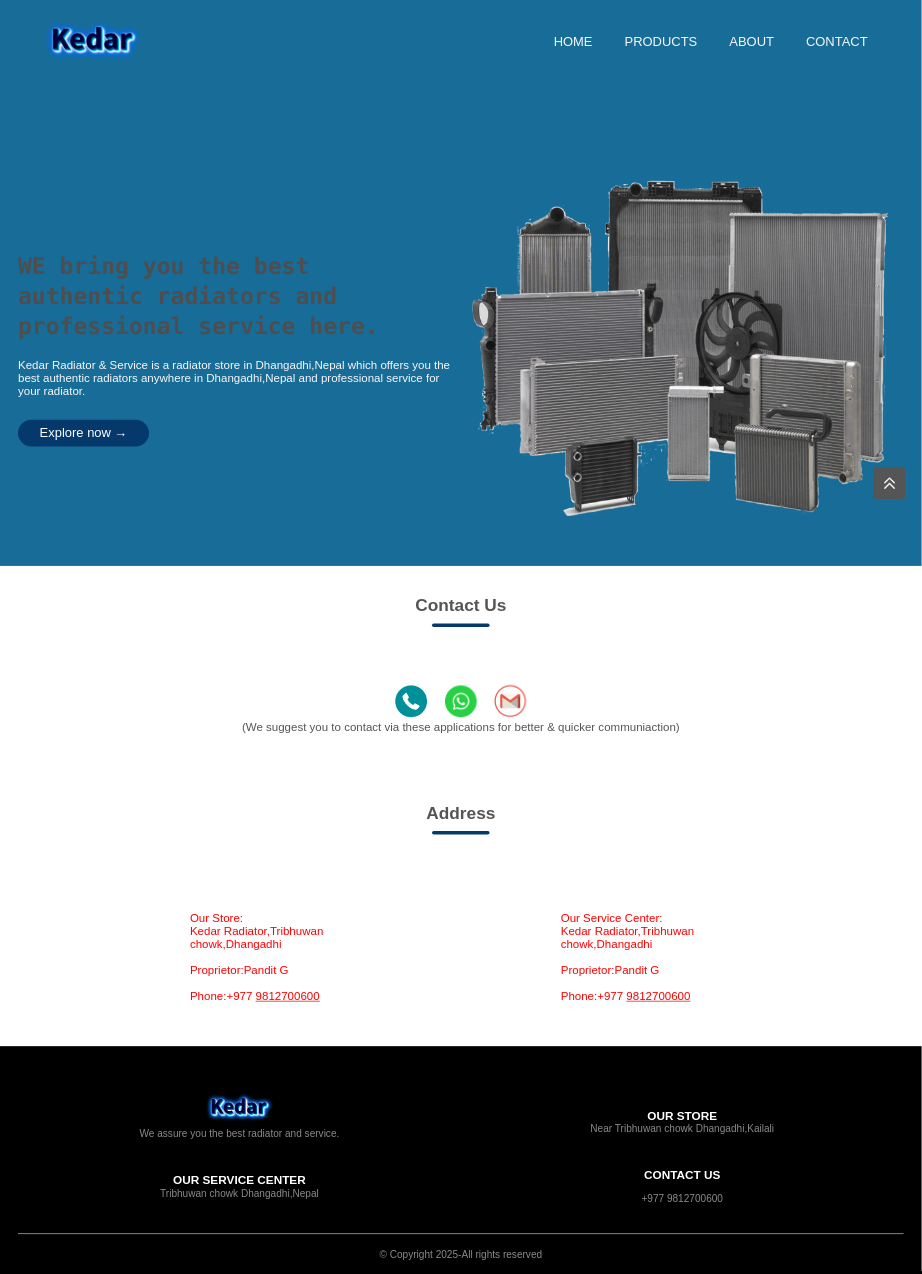
Repository: shyamchand-git/KedarRadiator
Page: contactsfrs.html
These files come from the project's save history. The page is drawn as it stood at one moment and after the next save; the edit follows.
The browser window is 1280 px wide. The pictures show the whole page, at 72% of full size.
Some web fonts or font styles are not loaded; a fallback is used.

Above is the page before, as saved 2026-02-22 14:03:06.
Console error: TypeError: Cannot read properties of null (reading 'addEventListener')

After the next save:
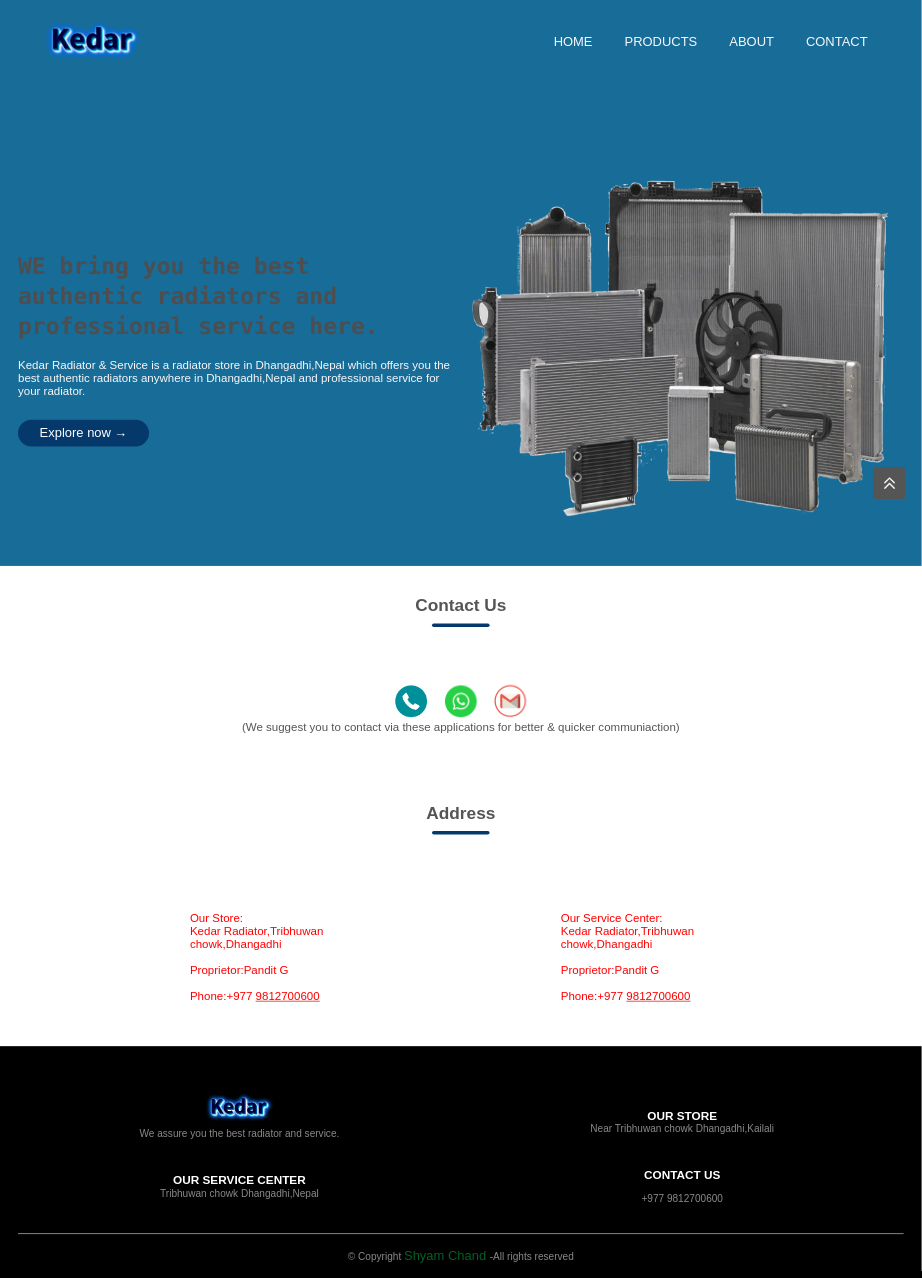
Saved 24 s later.
--- a/contactsfrs.html
+++ b/contactsfrs.html
@@ -202,7 +202,7 @@
 
                 </div>
                 <hr>
-                <p class="copyright">&copy; Copyright 2025-All rights reserved
+                <p class="copyright">&copy; Copyright  <span style="color: rgb(5, 96, 35);font-size: 18px;"> Shyam Chand </span>-All rights reserved
                 </p>
             </div>
         </div>
